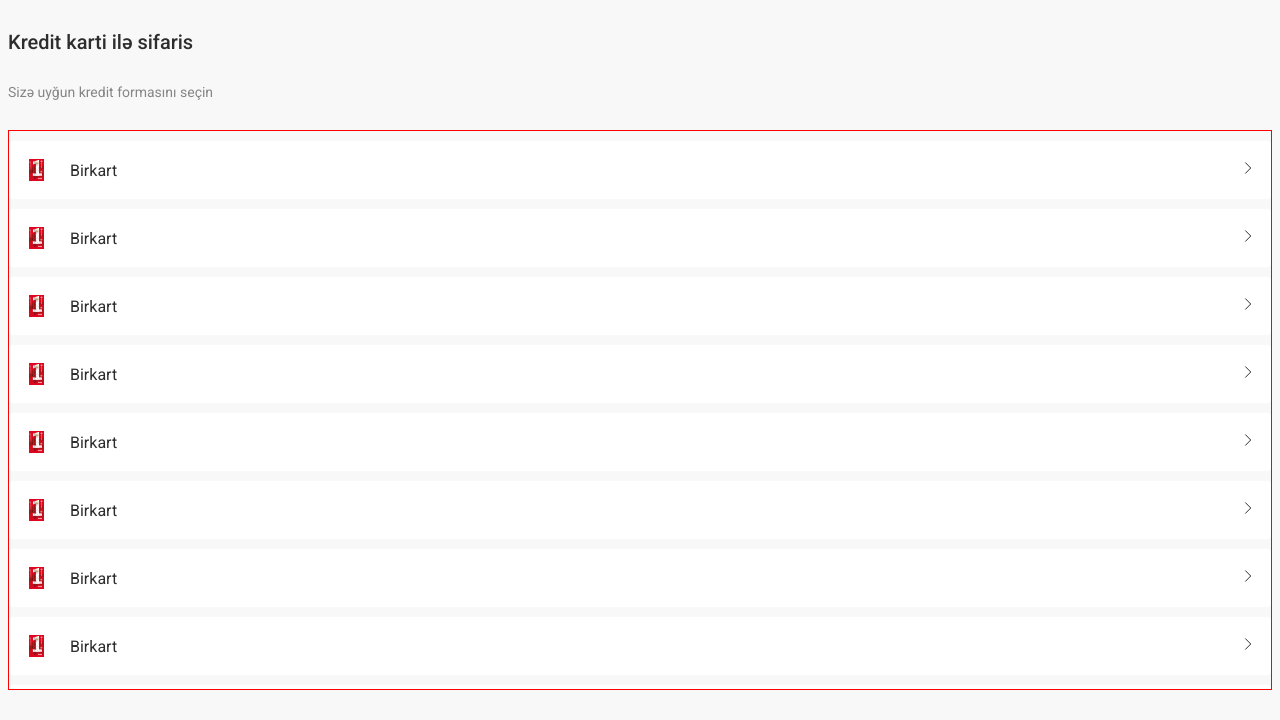
Repository: lmira7777/Carts
Page: Caravan/index.html
The author's editor kept a copy of each file at every save. The page is drawn from the files as they stood at one save, then again after the next save.
The browser window is 1280 px wide. The pictures show the whole page.
An inner scrolling area shows only its first screen.

Above is the page before, as saved 2024-04-25 21:11:02.

After the next save:
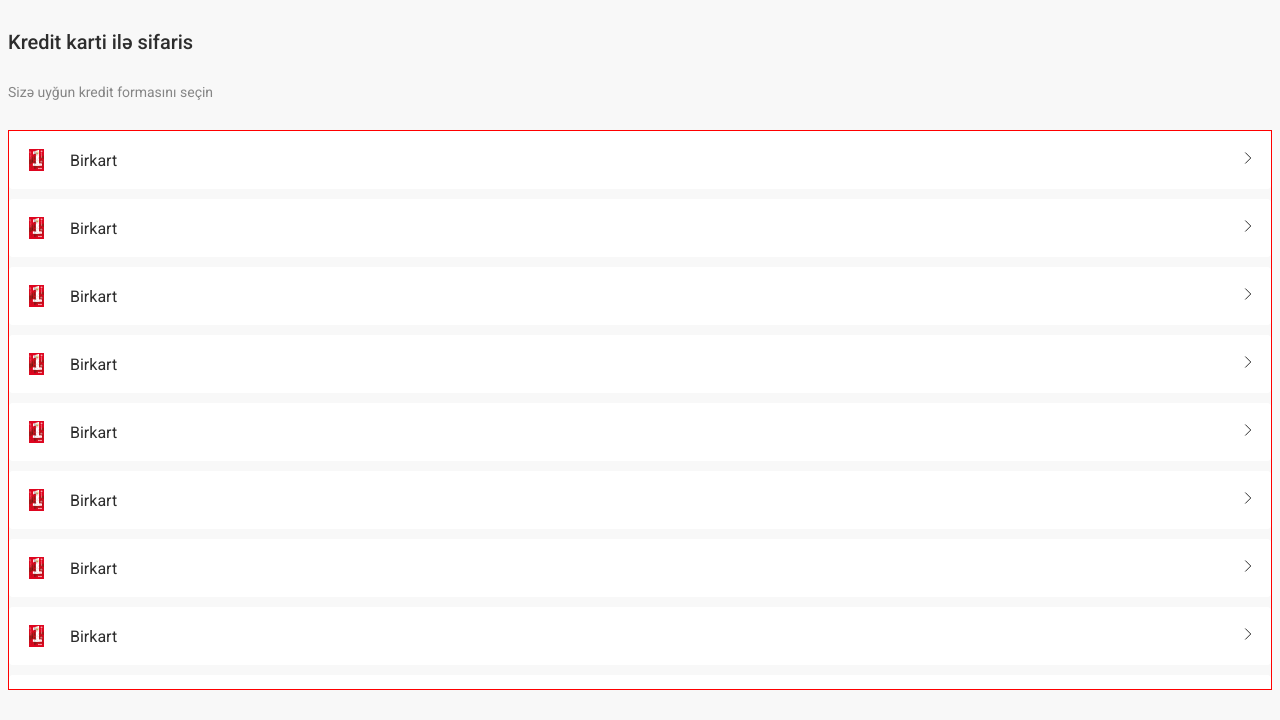
Saved 41 s later.
--- a/Caravan/style.css
+++ b/Caravan/style.css
@@ -28,8 +28,8 @@
 }
 .carts{
     width: 100%;
-    /* display: flex;
-    flex-direction: column; */
+    display: flex;
+    flex-direction: column;
     gap: 10px;
     height: 600px;
     overflow-y: scroll;
@@ -38,8 +38,8 @@
 }
 .cart-item {
   width: 100%;
-margin-top: 10px;
 
+  flex-shrink: 0;
 
   height: 58px !important;
   display: flex;
